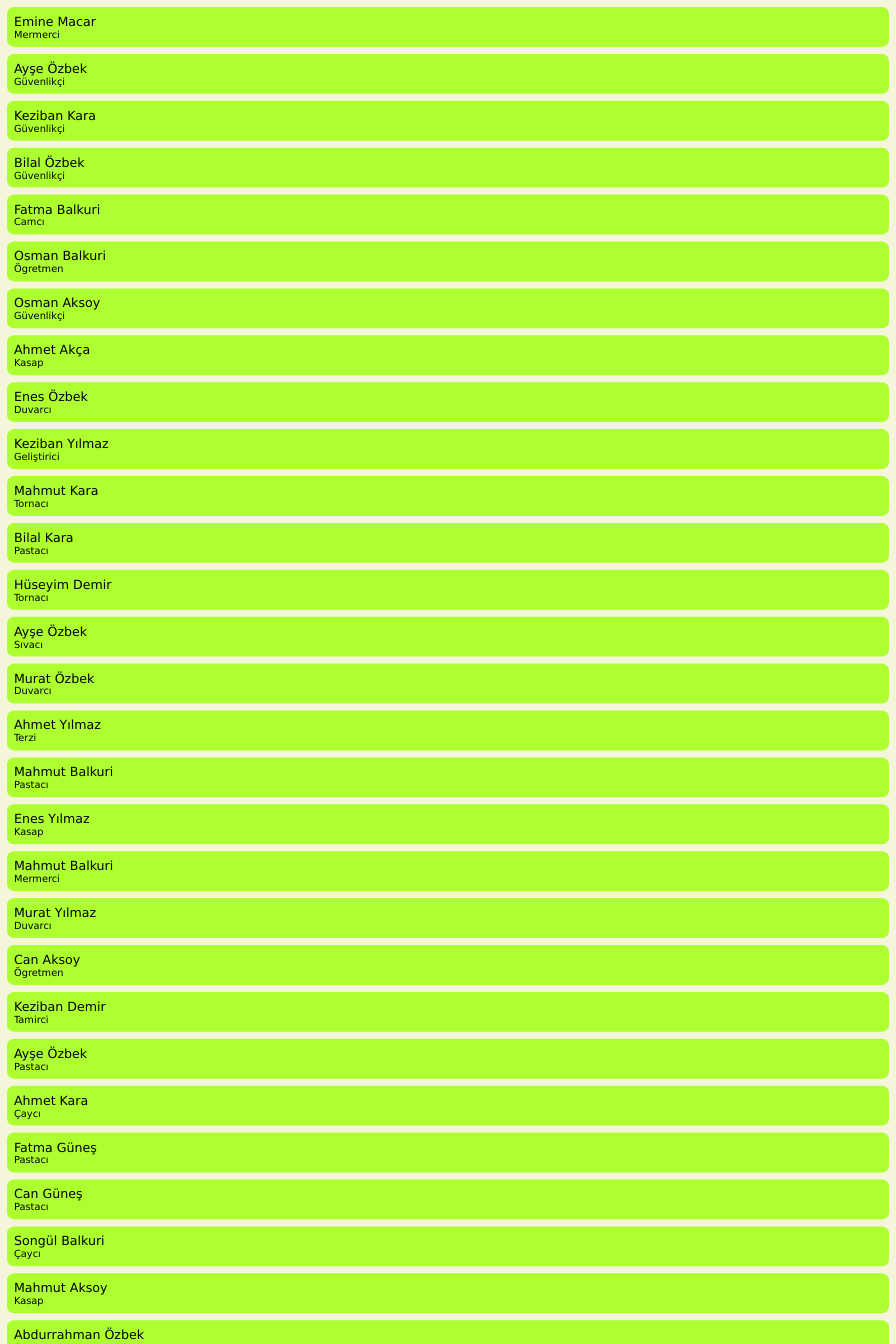
Repository: Sonvatan/S-f-rdan-geli-tirici-olmak-hafta-6
Page: İndex.html
An editor plug-in stored every save of this project. The page is shown before and after the next save, followed by the edit.
The browser window is 1280 px wide. The pictures show the part of the page from y = 0 to 1920 px (the page is 5226 px tall), at 70% of full size.

Above is the page before, as saved 2024-02-01 23:55:41.

After the next save:
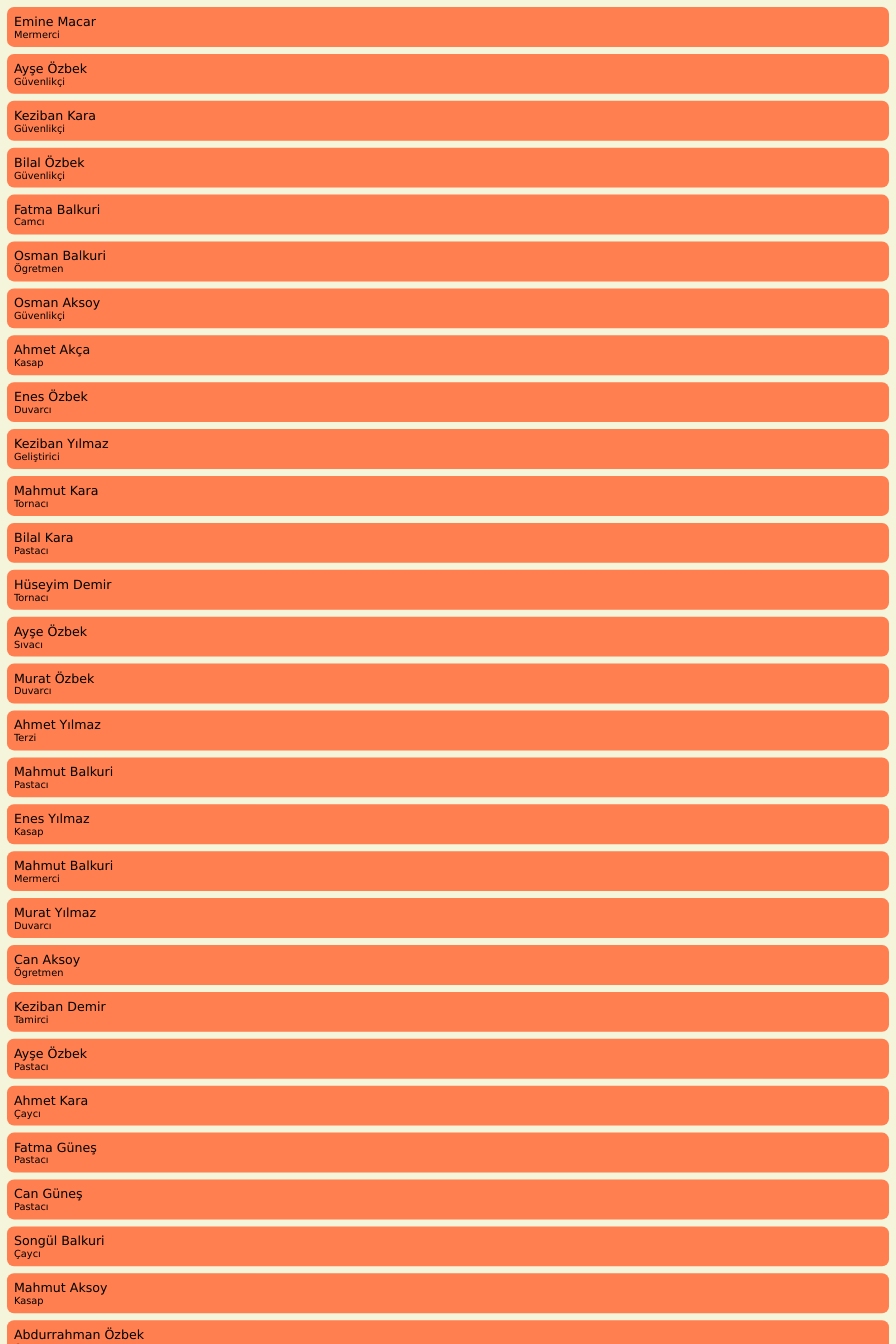
Saved 26 s later.
--- a/İndex.html
+++ b/İndex.html
@@ -13,7 +13,7 @@
                 width: 100%;
             }
             .person {
-                background-color: greenyellow;
+                background-color: coral;
                 flex-direction: column;
                 border-radius: 10px;
                 display: flex;
